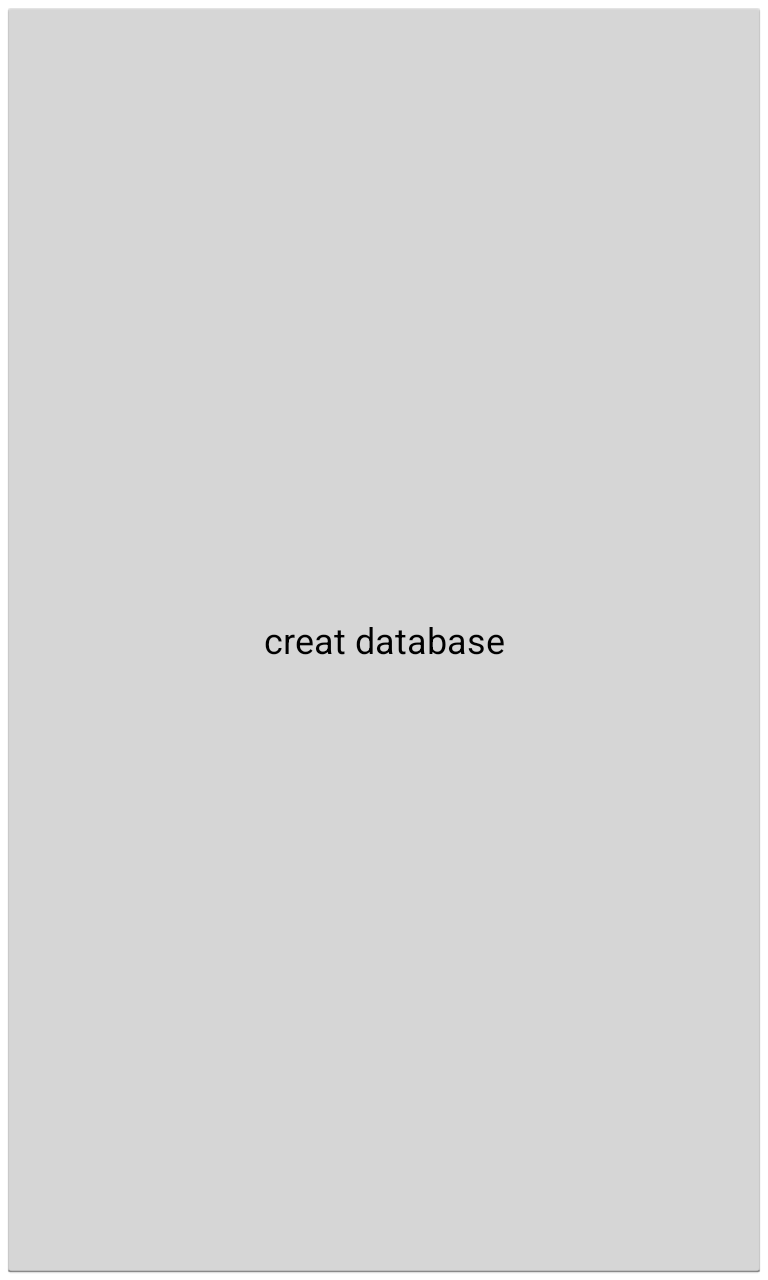
Repository: GuardLDW/HERO
Layout: GuardLDW/res/layout/db.xml
An editor plug-in stored every save of this project. The layout is shown before and after the next save, followed by the edit.
It is drawn on a 768 x 1280 px phone screen (xhdpi) without system bars, with theme AppTheme; the app's code is not run.

Above is the layout before, as saved 2016-11-03 05:53:03.

### GuardLDW/res/layout/db.xml
<?xml version="1.0" encoding="UTF-8"?>
<RelativeLayout xmlns:android="http://schemas.android.com/apk/res/android"
    android:layout_width="match_parent"
    android:layout_height="match_parent"
    android:orientation="vertical" >

    <Button
        android:id="@+id/button_creatDB"
        android:layout_width = "match_parent"
        android:layout_height = "match_parent"
        android:text="creat database">

    </Button>



    </RelativeLayout>

Loaded but not shown: GuardLDW/res/values/styles.xml (common file); GuardLDW/res/values-v11/styles.xml (common file); GuardLDW/res/values-v14/styles.xml (common file)

After the next save:
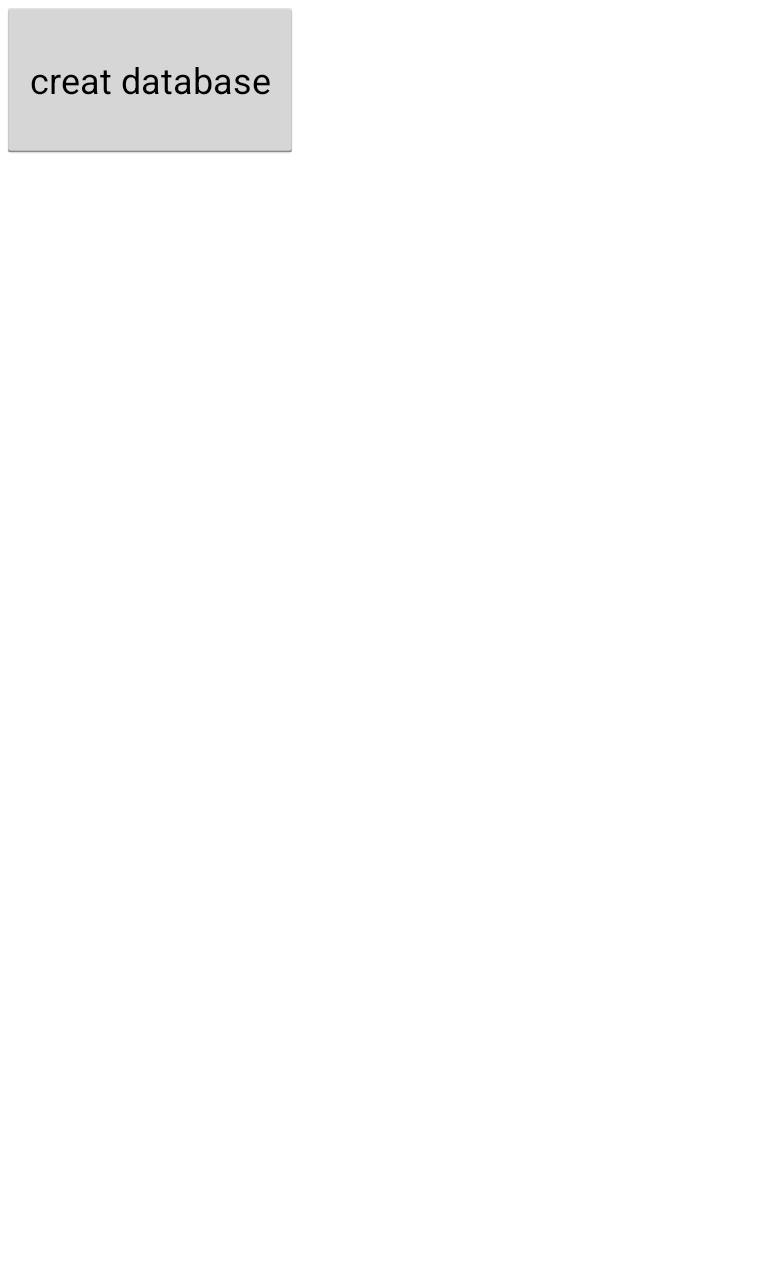
Saved 23 s later.
--- a/GuardLDW/res/layout/db.xml
+++ b/GuardLDW/res/layout/db.xml
@@ -6,8 +6,8 @@
 
     <Button
         android:id="@+id/button_creatDB"
-        android:layout_width = "match_parent"
-        android:layout_height = "match_parent"
+        android:layout_width = "150dp"
+        android:layout_height = "80dp"
         android:text="creat database">
 
     </Button>
